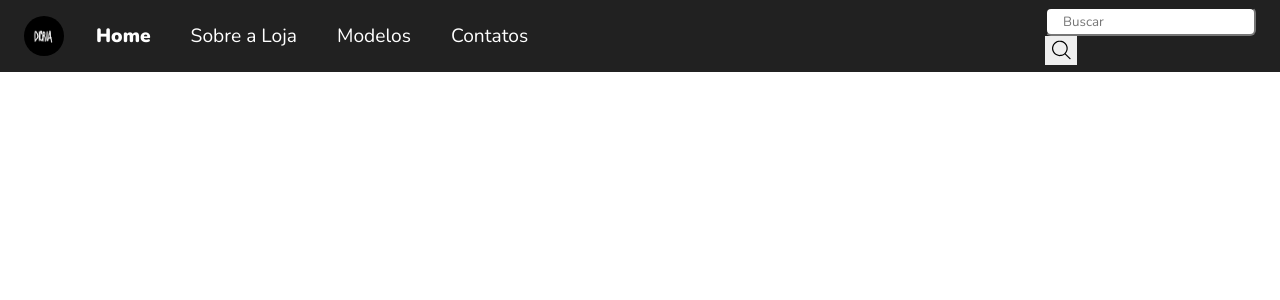
Repository: analessp/dicriastreet
Page: index.html
The author's editor kept a copy of each file at every save. The page is drawn from the files as they stood at one save, then again after a run of saves.
The browser window is 1280 px wide. The pictures show the whole page.

Above is the page before, as saved 2025-04-17 12:46:37.

### index.html
<!DOCTYPE html>
<html lang="pt-BR">

<head>
    <meta charset="UTF-8">
    <meta name="viewport" content="width=device-width, initial-scale=1.0">
    <title>dicriastreet</title>
    <link rel="preconnect" href="https://fonts.googleapis.com">
    <link rel="preconnect" href="https://fonts.gstatic.com" crossorigin>
    <link
        href="https://fonts.googleapis.com/css2?family=Nunito:ital,wght@0,200..1000;1,200..1000&family=Outfit:wght@100..900&display=swap"
        rel="stylesheet">
    <link rel="stylesheet" href="style.css">
</head>

<body>
    <header>
        <nav id="header-nav">
            <img src="/assets/logo.png" alt="Logo dicriastreet" id="header-logo">
            <ul>
                <li>Home</li>
                <li>Sobre a Loja</li>
                <li>Modelos</li>
                <li>Contatos</li>
            </ul>
            </nav>
            <div id="header-search-bar">
                <input type="text" placeholder="Buscar">
                <button>
                    <img id="search-icon" src="/assets/search.svg" alt="Imagem de uma lupa">
            </div>
    </header>
    <main>

    </main>
    <footer>

    </footer>
</body>

</html>

### style.css
:root {
    --background-color: #000000;
    --font-color: #ffffff;
    --primary-color: #adaaaa;
    --secondary-color: #212121;
}

* {
    margin: 0;
    padding: 0;
    font-family: "Nunito", sans-serif;
}

body {
    height: 100vh;
}

header {
    display: flex;
    align-items: center;
    justify-content: space-between;
    height: 3.5rem;
    background-color: var(--secondary-color);
    color: var(--font-color);
    gap: 1.5rem;
    padding: 0.5rem 1.5rem;
}

#header-nav {
    display: flex;
    align-items: center;
    gap: 2rem;
}

#header-logo {
    width: 2.5rem;
    height: fit-content;
    border-radius: 100%;
}


#header-nav ul {
    display: flex;
    color: var(--var-secondary-color);
    font-size: 1.2rem;
    list-style: none;
    gap: 2.5rem;
}

#header-nav ul li:first-child {
    color: var(--font-color);
    font-weight: 900;
}

#header-seach-bar {
    position: relative;
    width: 10rem;
}

#header-search-bar input {
    border-radius: 6px;
    height: 1.8rem;
    width: 100%;
    padding: 0 1rem;
    box-sizing: border-box;
}

#header-search-bar button {
    cursor: pointer;
    display: flex;
    align-items: center;
    justify-content: center;
    height: 1.8rem;
    width: 2rem;
    border-radius: 16x;
    padding: 0.2rem 0.5rem;
    border: none;
    right: 0.8rem;
    top: 0.1rem;

    &:active {
        transform: scale(0.9);
        background-color: var(--secondary-color);
    }
}

After the next 2 saves:
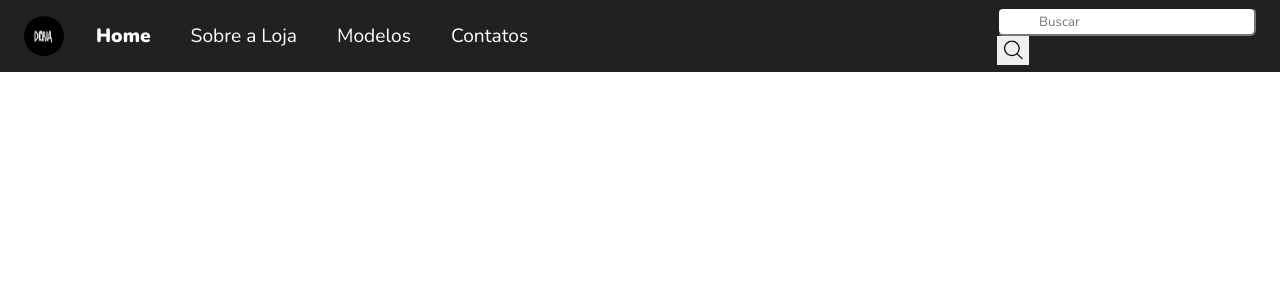
The 2 saves are shown as one change because they came seconds apart.
The last was saved 10 s later.
--- a/style.css
+++ b/style.css
@@ -61,7 +61,7 @@ header {
     border-radius: 6px;
     height: 1.8rem;
     width: 100%;
-    padding: 0 1rem;
+    padding: 0 2.5rem;
     box-sizing: border-box;
 }
 
